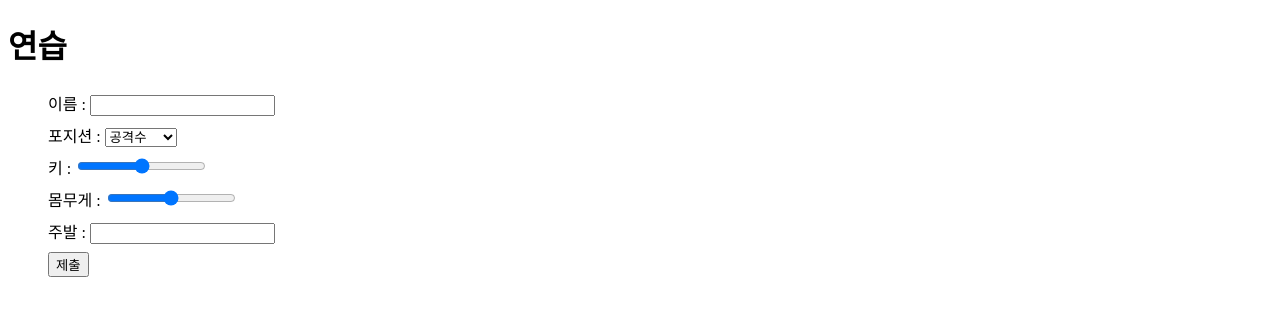
Repository: Simyoungdo04/dynamic-workspace
Page: FirstProject/src/main/webapp/views/practice.html
These files come from the project's save history. The page is drawn as it stood at one moment and after the next save; the edit follows.
The browser window is 1280 px wide. The pictures show the whole page.

Above is the page before, as saved 2026-05-04 08:41:37.

After the next save:
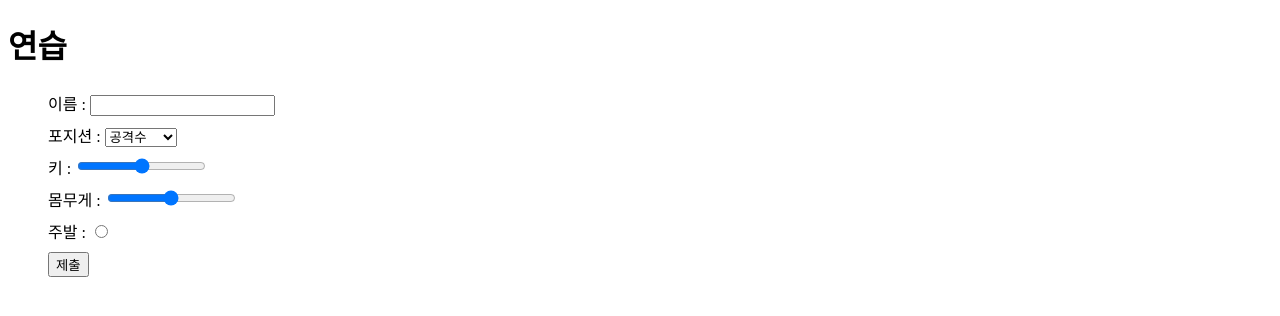
Saved 8 s later.
--- a/FirstProject/src/main/webapp/views/practice.html
+++ b/FirstProject/src/main/webapp/views/practice.html
@@ -32,7 +32,7 @@
 				몸무게 : <input type="range" min="50" max="120" name="weight"/>
 			</li>
 			<li>
-				주발 : <input />
+				주발 : <input type="radio"/>
 			</li>
 			<li>
 
